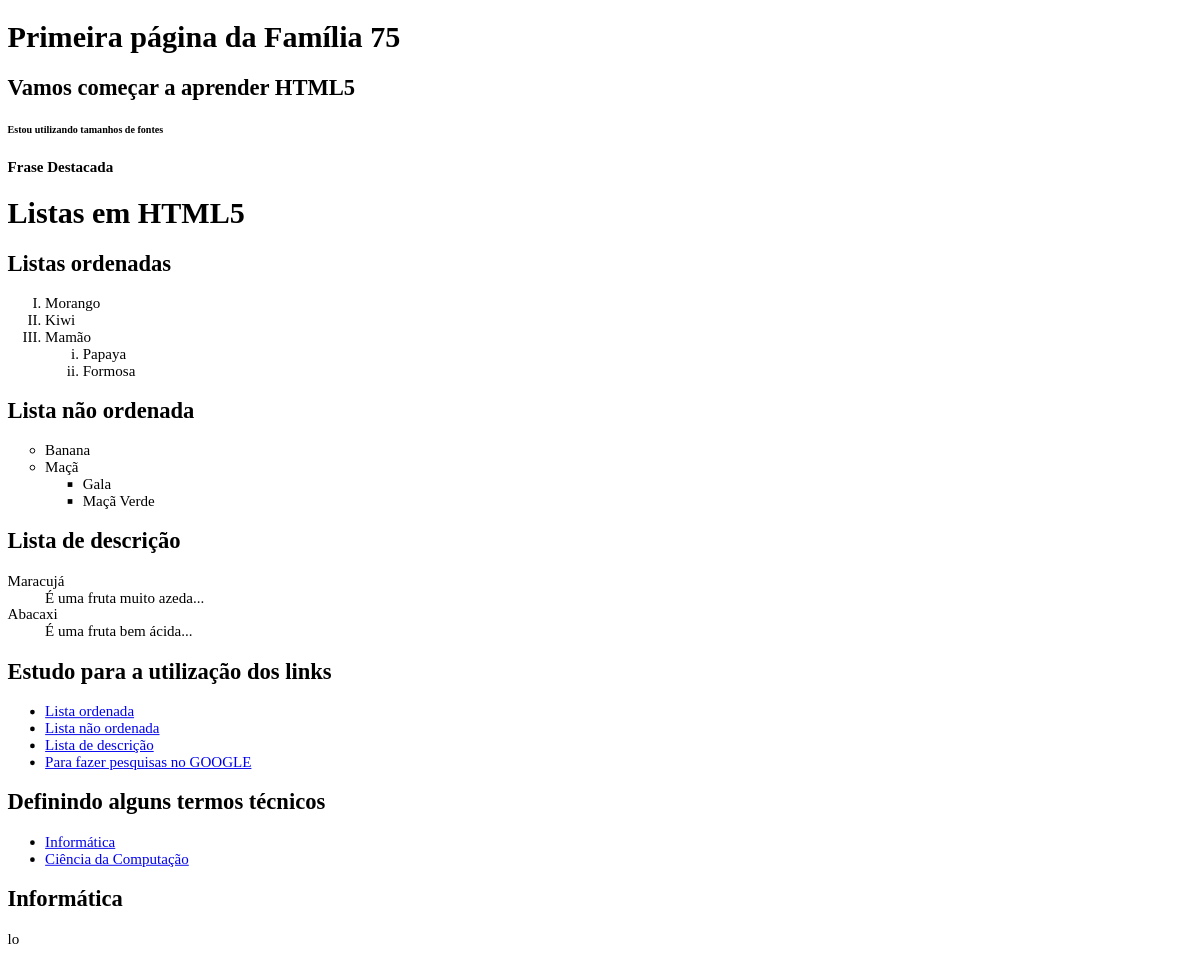
Repository: Thichi99/BootcampGen75
Page: Familia75/index.html
An editor plug-in stored every save of this project. The page is shown before and after the next save, followed by the edit.
The browser window is 1280 px wide. The pictures show the whole page, at 94% of full size.

Above is the page before, as saved 2024-07-26 11:26:04.

After the next save:
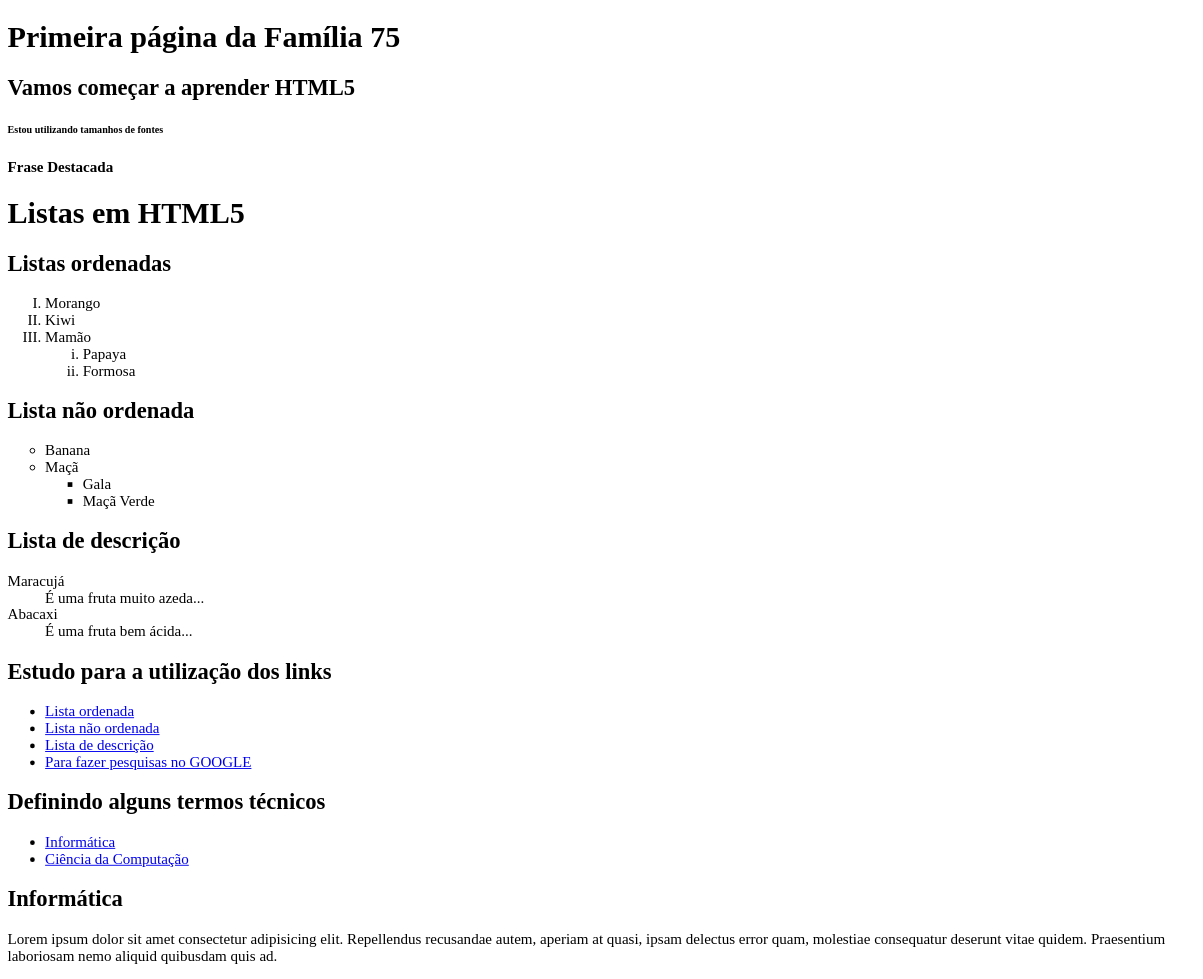
Saved 6 s later.
--- a/Familia75/index.html
+++ b/Familia75/index.html
@@ -61,7 +61,7 @@
     <h2>Informática</h2>
    </a>
    <p>
-    lo
+    Lorem ipsum dolor sit amet consectetur adipisicing elit. Repellendus recusandae autem, aperiam at quasi, ipsam delectus error quam, molestiae consequatur deserunt vitae quidem. Praesentium laboriosam nemo aliquid quibusdam quis ad.
    </p>
 </body>
 </html>
